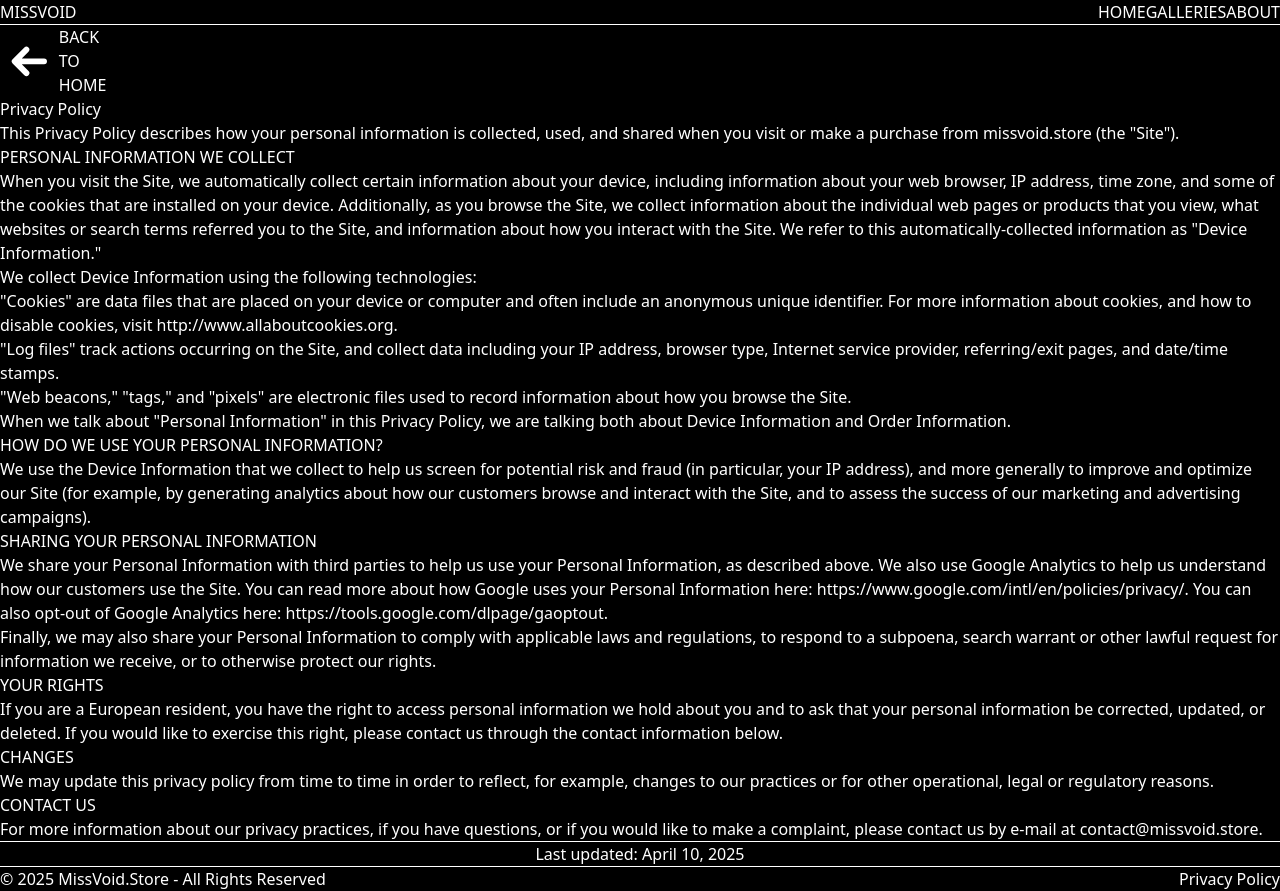
Repository: b0ase/missvoid
Page: /privacy-policy
An editor plug-in stored every save of this project. The page is shown before and after the next save, followed by the edit.
The browser window is 1280 px wide. The pictures show the whole page.
The project was rebuilt for these pictures with package versions that can differ from the ones it lists, and the page was loaded fresh each time. The framework's server and built-in components were replaced by stand-ins that run in the browser. Also part of the build but not shown: next.config.ts.

Above is the page before, as saved 2025-04-10 23:25:59.

After the next save:
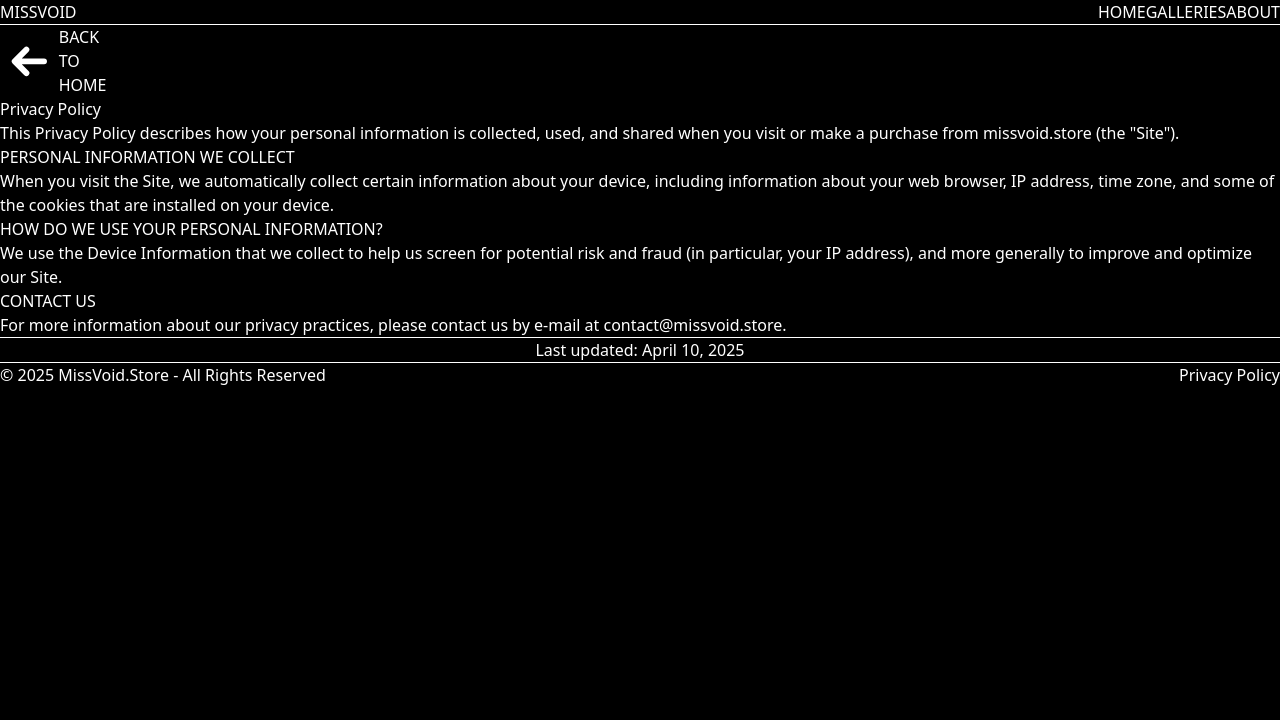
Saved 14 s later.
--- a/app/privacy-policy/page.tsx
+++ b/app/privacy-policy/page.tsx
@@ -10,7 +10,7 @@
     <div className="max-w-4xl mx-auto px-4 py-12">
       <Link
         href="/"
-        className="inline-flex items-center text-gray-400 hover:text-white mb-8"
+        className="inline-flex items-center mb-8"
       >
         <svg xmlns="http://www.w3.org/2000/svg" className="h-5 w-5 mr-1" viewBox="0 0 20 20" fill="currentColor">
           <path fillRule="evenodd" d="M9.707 14.707a1 1 0 01-1.414 0l-4-4a1 1 0 010-1.414l4-4a1 1 0 011.414 1.414L7.414 9H15a1 1 0 110 2H7.414l2.293 2.293a1 1 0 010 1.414z" clipRule="evenodd" />
@@ -27,64 +27,22 @@
       <h2 className="text-xl font-bold mt-8 mb-4">PERSONAL INFORMATION WE COLLECT</h2>
 
       <p className="mb-4">
-        When you visit the Site, we automatically collect certain information about your device, including information about your web browser, IP address, time zone, and some of the cookies that are installed on your device. Additionally, as you browse the Site, we collect information about the individual web pages or products that you view, what websites or search terms referred you to the Site, and information about how you interact with the Site. We refer to this automatically-collected information as &quot;Device Information.&quot;
-      </p>
-
-      <p className="mb-4">
-        We collect Device Information using the following technologies:
-      </p>
-
-      <ul className="list-disc pl-6 mb-4">
-        <li className="mb-2">
-          &quot;Cookies&quot; are data files that are placed on your device or computer and often include an anonymous unique identifier. For more information about cookies, and how to disable cookies, visit http://www.allaboutcookies.org.
-        </li>
-        <li className="mb-2">
-          &quot;Log files&quot; track actions occurring on the Site, and collect data including your IP address, browser type, Internet service provider, referring/exit pages, and date/time stamps.
-        </li>
-        <li className="mb-2">
-          &quot;Web beacons,&quot; &quot;tags,&quot; and &quot;pixels&quot; are electronic files used to record information about how you browse the Site.
-        </li>
-      </ul>
-
-      <p className="mb-4">
-        When we talk about &quot;Personal Information&quot; in this Privacy Policy, we are talking both about Device Information and Order Information.
+        When you visit the Site, we automatically collect certain information about your device, including information about your web browser, IP address, time zone, and some of the cookies that are installed on your device.
       </p>
 
       <h2 className="text-xl font-bold mt-8 mb-4">HOW DO WE USE YOUR PERSONAL INFORMATION?</h2>
 
       <p className="mb-4">
-        We use the Device Information that we collect to help us screen for potential risk and fraud (in particular, your IP address), and more generally to improve and optimize our Site (for example, by generating analytics about how our customers browse and interact with the Site, and to assess the success of our marketing and advertising campaigns).
-      </p>
-
-      <h2 className="text-xl font-bold mt-8 mb-4">SHARING YOUR PERSONAL INFORMATION</h2>
-
-      <p className="mb-4">
-        We share your Personal Information with third parties to help us use your Personal Information, as described above. We also use Google Analytics to help us understand how our customers use the Site. You can read more about how Google uses your Personal Information here: https://www.google.com/intl/en/policies/privacy/. You can also opt-out of Google Analytics here: https://tools.google.com/dlpage/gaoptout.
-      </p>
-
-      <p className="mb-4">
-        Finally, we may also share your Personal Information to comply with applicable laws and regulations, to respond to a subpoena, search warrant or other lawful request for information we receive, or to otherwise protect our rights.
-      </p>
-
-      <h2 className="text-xl font-bold mt-8 mb-4">YOUR RIGHTS</h2>
-
-      <p className="mb-4">
-        If you are a European resident, you have the right to access personal information we hold about you and to ask that your personal information be corrected, updated, or deleted. If you would like to exercise this right, please contact us through the contact information below.
-      </p>
-
-      <h2 className="text-xl font-bold mt-8 mb-4">CHANGES</h2>
-
-      <p className="mb-4">
-        We may update this privacy policy from time to time in order to reflect, for example, changes to our practices or for other operational, legal or regulatory reasons.
+        We use the Device Information that we collect to help us screen for potential risk and fraud (in particular, your IP address), and more generally to improve and optimize our Site.
       </p>
 
       <h2 className="text-xl font-bold mt-8 mb-4">CONTACT US</h2>
 
       <p className="mb-4">
-        For more information about our privacy practices, if you have questions, or if you would like to make a complaint, please contact us by e-mail at contact@missvoid.store.
+        For more information about our privacy practices, please contact us by e-mail at contact@missvoid.store.
       </p>
 
-      <div className="mt-12 pt-8 border-t border-gray-800 text-center text-sm text-gray-500">
+      <div className="mt-12 pt-8 border-t border-gray-800 text-center text-sm">
         Last updated: {new Date().toLocaleDateString('en-US', { month: 'long', day: 'numeric', year: 'numeric' })}
       </div>
     </div>
